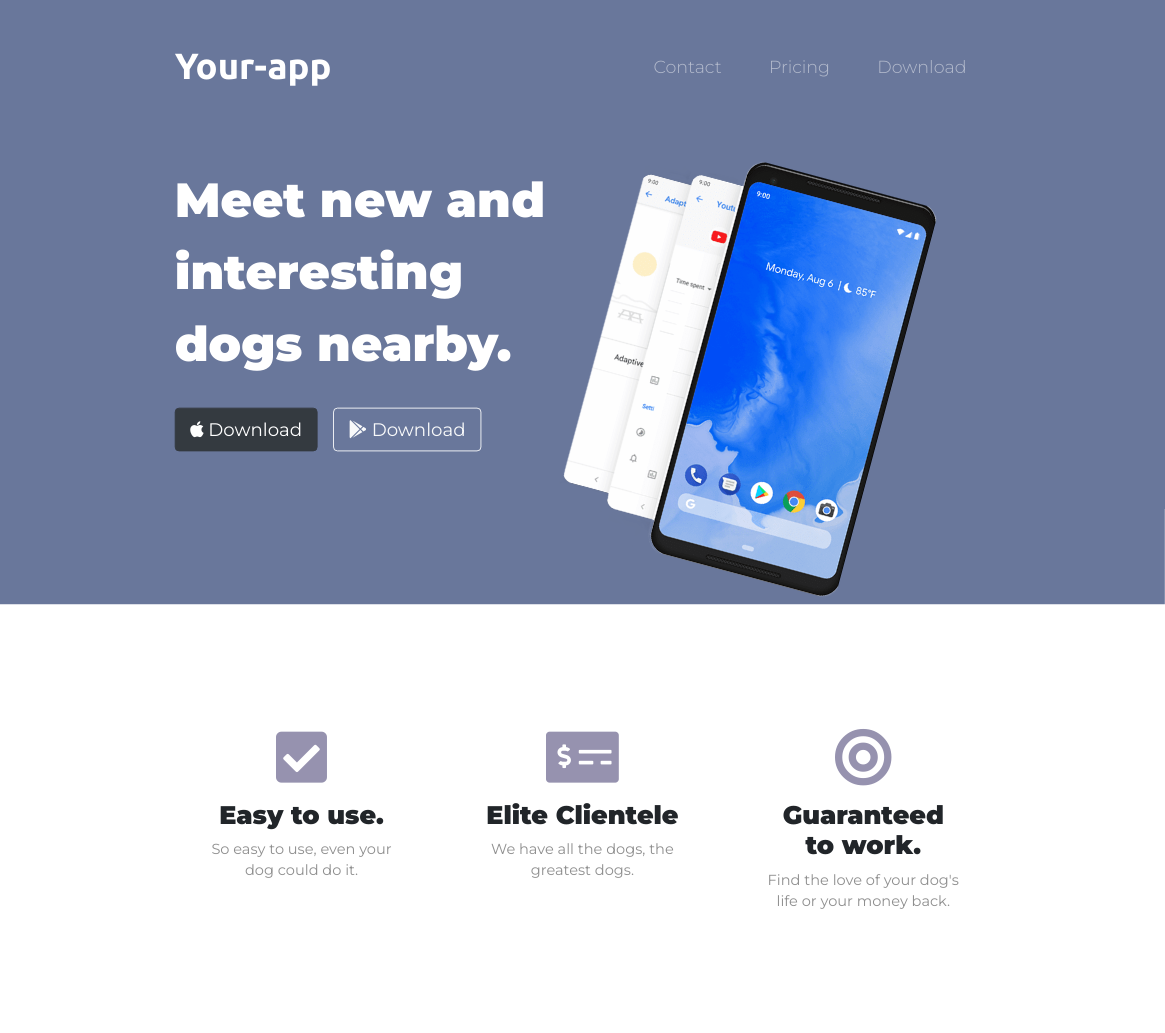
Repository: Isanderr/Simple_landing_page_2-Bootstrap4
Page: index.html
An editor plug-in stored every save of this project. The page is shown before and after the next save, followed by the edit.
The browser window is 1280 px wide. The pictures show the part of the page from y = 0 to 1135 px (the page is 2618 px tall), at 91% of full size.
The pointer rests on the first visible `.icon`.
A picture or video elsewhere on the page could not be fetched, so the positions and the page height are approximate. Some web libraries are served in a nearby version.

Above is the page before, as saved 2019-02-02 23:02:33.

### index.html
<!DOCTYPE html>
<html>

  <head>
    <meta charset="utf-8">
    <meta name="viewport" content="width=device-width, initial-scale=1, shrink-to-fit=no">
    <title>App-landingpage</title>
    <link rel="stylesheet" href="https://stackpath.bootstrapcdn.com/bootstrap/4.2.1/css/bootstrap.min.css" integrity="sha384-GJzZqFGwb1QTTN6wy59ffF1BuGJpLSa9DkKMp0DgiMDm4iYMj70gZWKYbI706tWS"
      crossorigin="anonymous">
    <link rel="stylesheet" href="css/styles.css">
    <link rel="stylesheet" href="https://use.fontawesome.com/releases/v5.7.1/css/all.css" integrity="sha384-fnmOCqbTlWIlj8LyTjo7mOUStjsKC4pOpQbqyi7RrhN7udi9RwhKkMHpvLbHG9Sr"
      crossorigin="anonymous">
    <link href="https://fonts.googleapis.com/css?family=Montserrat:300,400,900|Ubuntu:400,700" rel="stylesheet">
  </head>

  <body>
    <section id="title">
      <div class="container-fluid">
        <!-- Nav Bar -->
        <nav class="navbar navbar-expand-lg navbar-dark ">
          <a class="navbar-brand" href="">Your-app</a>
          <button class="navbar-toggler" type="button" data-toggle="collapse" data-target="#navbarTogglerDemo02">
            <span class="navbar-toggler-icon"></span>
          </button>
          <div class="collapse navbar-collapse" id="navbarTogglerDemo02">
            <ul class="navbar-nav ml-auto">
              <li class="nav-item">
                <a class="nav-link" href="">Contact</a>
              </li>
              <li class="nav-item">
                <a class="nav-link" href="">Pricing</a>
              </li>
              <li class="nav-item">
                <a class="nav-link" href="">Download</a>
              </li>
            </ul>
          </div>
        </nav>
        <!-- Title -->
        <div class="row">
          <div class="col-lg-6">
            <h1>Meet new and interesting dogs nearby.</h1>
            <button type="button" class="btn btn-dark btn-lg download-btn"><i class="fab fa-apple"></i> Download</button>
            <button type="button" class="btn btn-outline-light btn-lg download-btn"><i class="fab fa-google-play"></i>
              Download</button>
          </div>
          <div class="col-lg-6">
            <img src="images/android-phone.png" alt="andoind-phone" class="title-img">
          </div>
        </div>
      </div>
    </section>
    <!-- Features -->
    <section id="features">
      <div class="row">
        <div class="feature-box col-lg-4">
          <i class="fas fa-check-square fa-4x icon"></i>
          <h3>Easy to use.</h3>
          <p>So easy to use, even your dog could do it.</p>
        </div>
        <div class="feature-box col-lg-4">
          <i class="fas fa-money-check-alt fa-4x icon"></i>
          <h3>Elite Clientele</h3>
          <p>We have all the dogs, the greatest dogs.</p>
        </div>
        <div class="feature-box col-lg-4">
          <i class="fas fa-bullseye fa-4x icon"></i>
          <h3>Guaranteed to work.</h3>
          <p>Find the love of your dog's life or your money back.</p>
        </div>
      </div>
    </section>
    <!-- Testimonials -->
    <section id="testimonials">
      <h2>I no longer have to sniff other dogs for love. I've found the hottest Corgi on TinDog. Woof.</h2>
      <img src="images/dog-img.jpg" alt="dog-profile">
      <em>Pebbles, New York</em>
      <!-- <h2 class="testimonial-text">My dog used to be so lonely, but with TinDog's help, they've found the love of their life. I think.</h2>
    <img class="testimonial-image" src="images/lady-img.jpg" alt="lady-profile">
    <em>Beverly, Illinois</em> -->
    </section>
    <!-- Press -->
    <section id="press">
      <img src="images/techcrunch.png" alt="tc-logo">
      <img src="images/tnw.png" alt="tnw-logo">
      <img src="images/bizinsider.png" alt="biz-insider-logo">
      <img src="images/mashable.png" alt="mashable-logo">
    </section>
    <!-- Pricing -->
    <section id="pricing">
      <h2>A Plan for Every Dog's Needs</h2>
      <p>Simple and affordable price plans for your and your dog.</p>
      <h3>Chihuahua</h3>
      <h2>Free</h2>
      <p>5 Matches Per Day</p>
      <p>10 Messages Per Day</p>
      <p>Unlimited App Usage</p>
      <button type="button">Sign Up</button>
      <h3>Labrador</h3>
      <h2>$49 / mo</h2>
      <p>Unlimited Matches</p>
      <p>Unlimited Messages</p>
      <p>Unlimited App Usage</p>
      <button type="button">Sign Up</button>
      <h3>Mastiff</h3>
      <h2>$99 / mo</h2>
      <p>Pirority Listing</p>
      <p>Unlimited Matches</p>
      <p>Unlimited Messages</p>
      <p>Unlimited App Usage</p>
      <button type="button">Sign Up</button>
    </section>
    <!-- Call to Action -->
    <section id="cta">
      <h3>Find the True Love of Your Dog's Life Today.</h3>
      <button type="button">Download</button>
      <button type="button">Download</button>
    </section>
    <!-- Footer -->
    <footer id="footer">
      <p>© Copyright 2018 TinDog</p>
    </footer>
    <script src="https://code.jquery.com/jquery-3.3.1.slim.min.js" integrity="sha384-q8i/X+965DzO0rT7abK41JStQIAqVgRVzpbzo5smXKp4YfRvH+8abtTE1Pi6jizo"
      crossorigin="anonymous"></script>
    <script src="https://cdnjs.cloudflare.com/ajax/libs/popper.js/1.14.6/umd/popper.min.js" integrity="sha384-wHAiFfRlMFy6i5SRaxvfOCifBUQy1xHdJ/yoi7FRNXMRBu5WHdZYu1hA6ZOblgut"
      crossorigin="anonymous"></script>
    <script src="https://stackpath.bootstrapcdn.com/bootstrap/4.2.1/js/bootstrap.min.js" integrity="sha384-B0UglyR+jN6CkvvICOB2joaf5I4l3gm9GU6Hc1og6Ls7i6U/mkkaduKaBhlAXv9k"
      crossorigin="anonymous"></script>
  </body>

</html>

### css/styles.css

/* fonts */
/* font-family: 'Ubuntu', sans-serif;
font-family: 'Montserrat', sans-serif; */

/* colors */
/* #d7eaea
#acdbdf
#9692af
#69779b */

body {
    font-family: 'Montserrat', sans-serif;
}

#title {
    background-color: #69779b;
    color: #ffffff;
}

.container-fluid{
    padding: 3% 15%;
}

h1 {
    font-family: 'Montserrat', sans-serif;
    font-weight: 900;
    font-size: 3.3rem;
    line-height: 1.5;
}

h3 {
    font-family: 'Montserrat', sans-serif;
    font-weight: 900;
}

p {
    color: #8f8f8f;
}

/* Nav */

.navbar {
    padding: 0 0 4.5rem;
}

.navbar-brand{
    font-family: 'Ubuntu', sans-serif;
    font-size: 2.5rem;
    font-weight: 900;
}

.nav-item {
    padding: 0 18px;
}

.nav-link {
    font-size: 1.2rem;
    font-weight: 300;
}

/* download buttons */

.download-btn {
    margin: 5% 3% 5% 0;
}

/* title img */

.title-img {
    width: 75%;
    transform: rotate(15deg);
}

/* features */

#features {
    padding: 7% 15%;
}

.feature-box {
    text-align: center;
    padding: 5%;
}
.icon {
    color: #9692af;
    margin-bottom: 1rem;
}

After the next save:
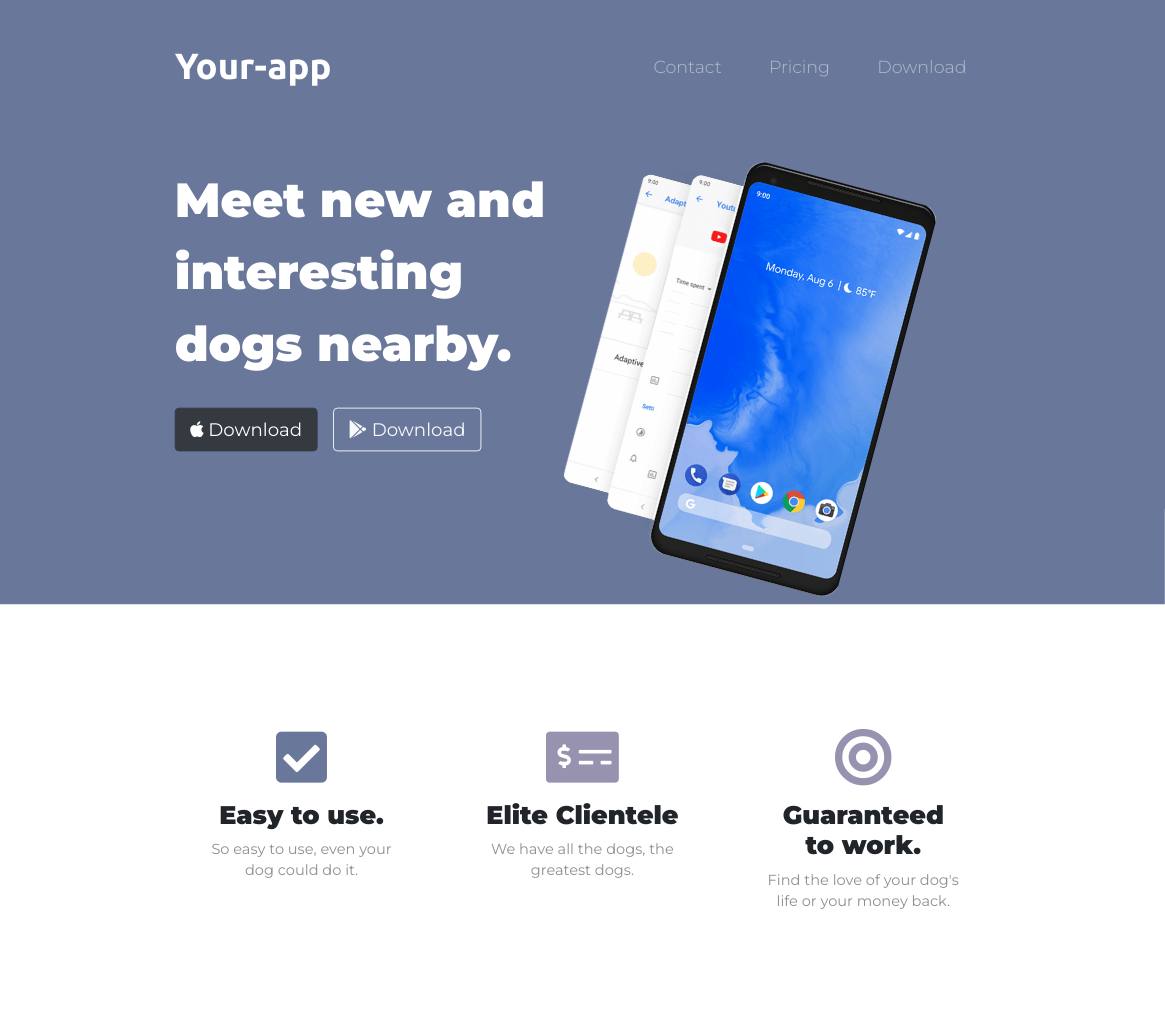
Saved 54 s later.
--- a/css/styles.css
+++ b/css/styles.css
@@ -86,3 +86,7 @@
     color: #9692af;
     margin-bottom: 1rem;
 }
+
+.icon:hover {
+    color: #69779b;
+}
